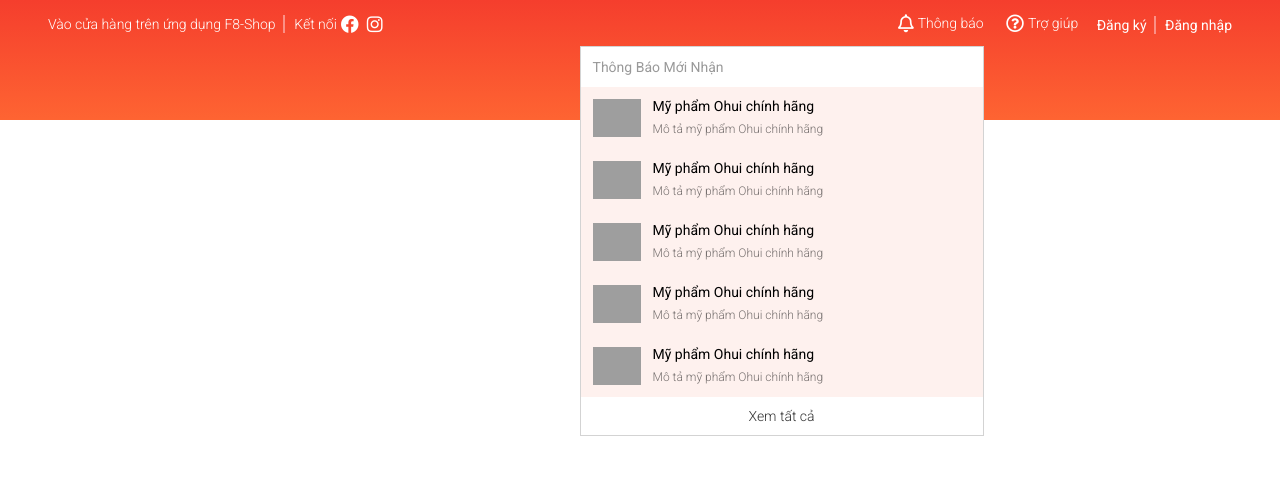
Repository: vanntrong/F8-Shop
Page: index.html
These files come from the project's save history. The page is drawn as it stood at one moment and after the next save; the edit follows.
The browser window is 1280 px wide. The pictures show the whole page.
Pictures or frames that could not be fetched are drawn as grey boxes.

Above is the page before, as saved 2021-09-01 18:36:05.

After the next save:
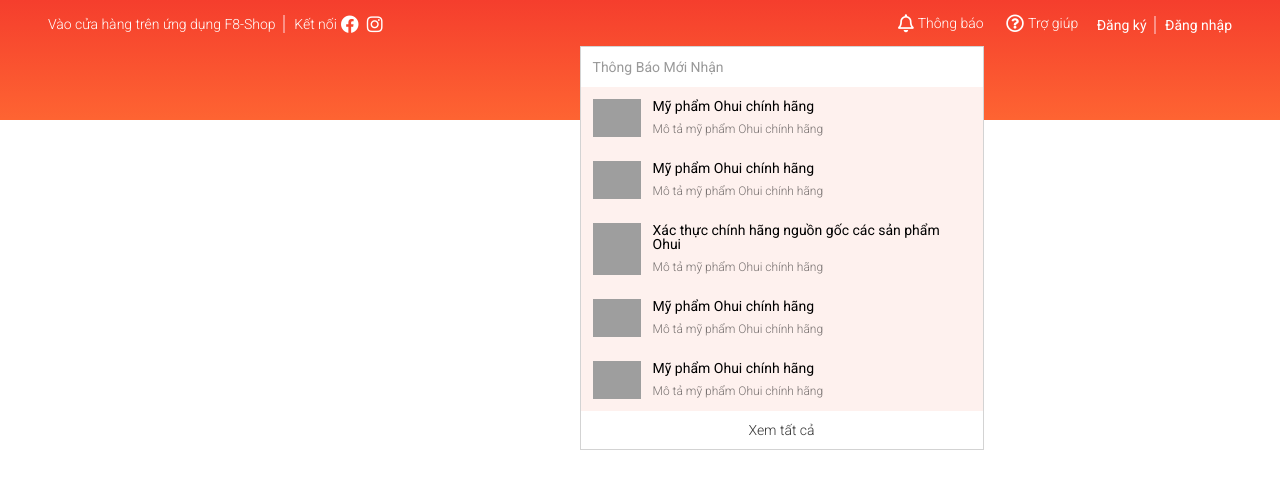
Saved 59 s later.
--- a/index.html
+++ b/index.html
@@ -90,7 +90,7 @@
                           class="header__notify-img"
                         />
                         <div class="header__notify-info">
-                          <span class="header__notify-name"> Mỹ phẩm Ohui chính hãng </span>
+                          <span class="header__notify-name"> Xác thực chính hãng nguồn gốc các sản phẩm Ohui </span>
                           <span class="header__notify-desc"> Mô tả mỹ phẩm Ohui chính hãng </span>
                         </div>
                       </a>
